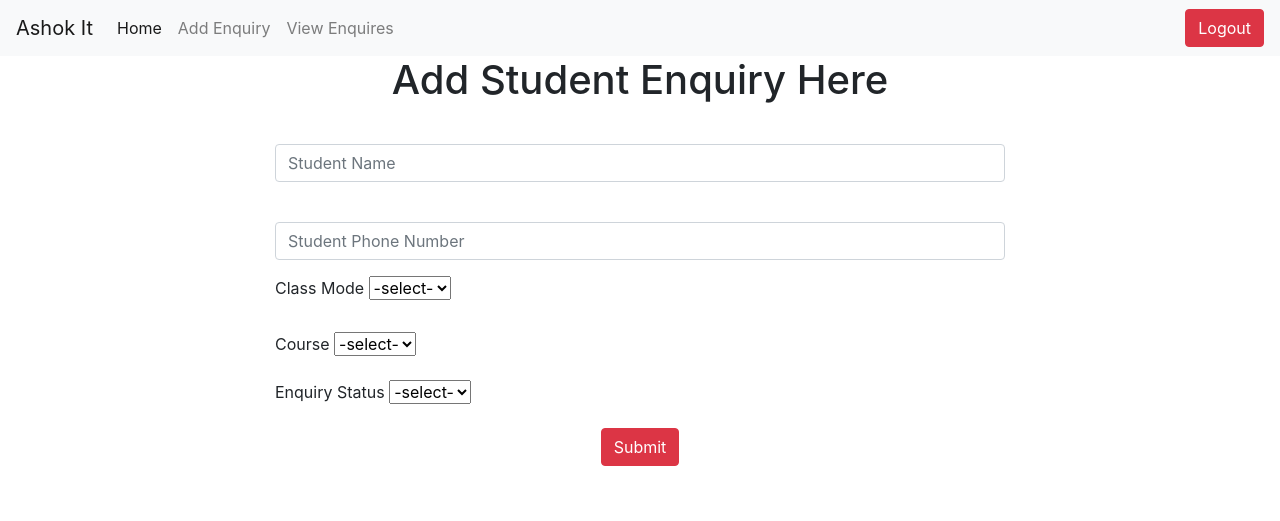
Repository: davidroshan/JRTP
Page: http://localhost/add-enquiry
These files come from the project's save history. The page is drawn as it stood at one moment and after the next save; the edit follows.
The browser window is 1280 px wide. The pictures show the whole page.
The page is this project's Thymeleaf template; nobody is signed in. The template is opened directly, without the code that normally fills it, so the values that code supplies are empty.

Above is the page before, as saved 2023-04-25 17:47:06.

After the next save:
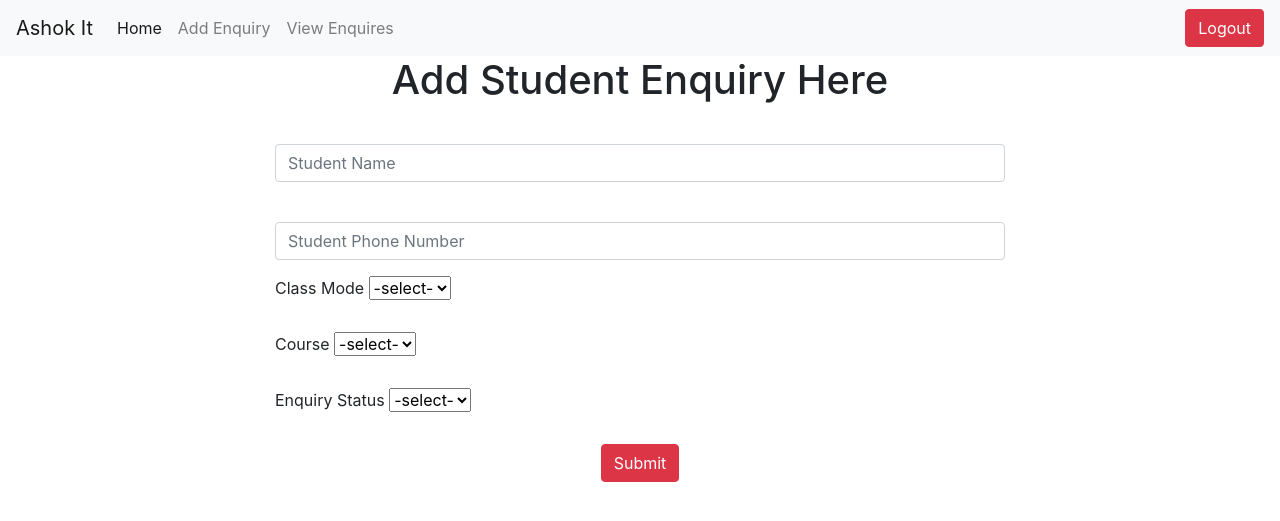
Saved 96 s later.
--- a/Front_Office_Team_Portal/src/main/resources/templates/add-enquiry.html
+++ b/Front_Office_Team_Portal/src/main/resources/templates/add-enquiry.html
@@ -113,7 +113,7 @@
                            </div>
 
 
-                            <div class="form-group">
+                            <div class="form-otline mb-4">
                            <label for="form22">Course</label>
                                  <select id="form22" class="form-select">
                                     <option value="">-select-</option>
@@ -121,7 +121,7 @@
                            </div>
 
 
-                           <div class="form-group">
+                           <div class="form-otline mb-4">
                            <label for="form23">Enquiry Status</label>
                                  <select id="form23" class="form-select">
                                     <option value="">-select-</option>
